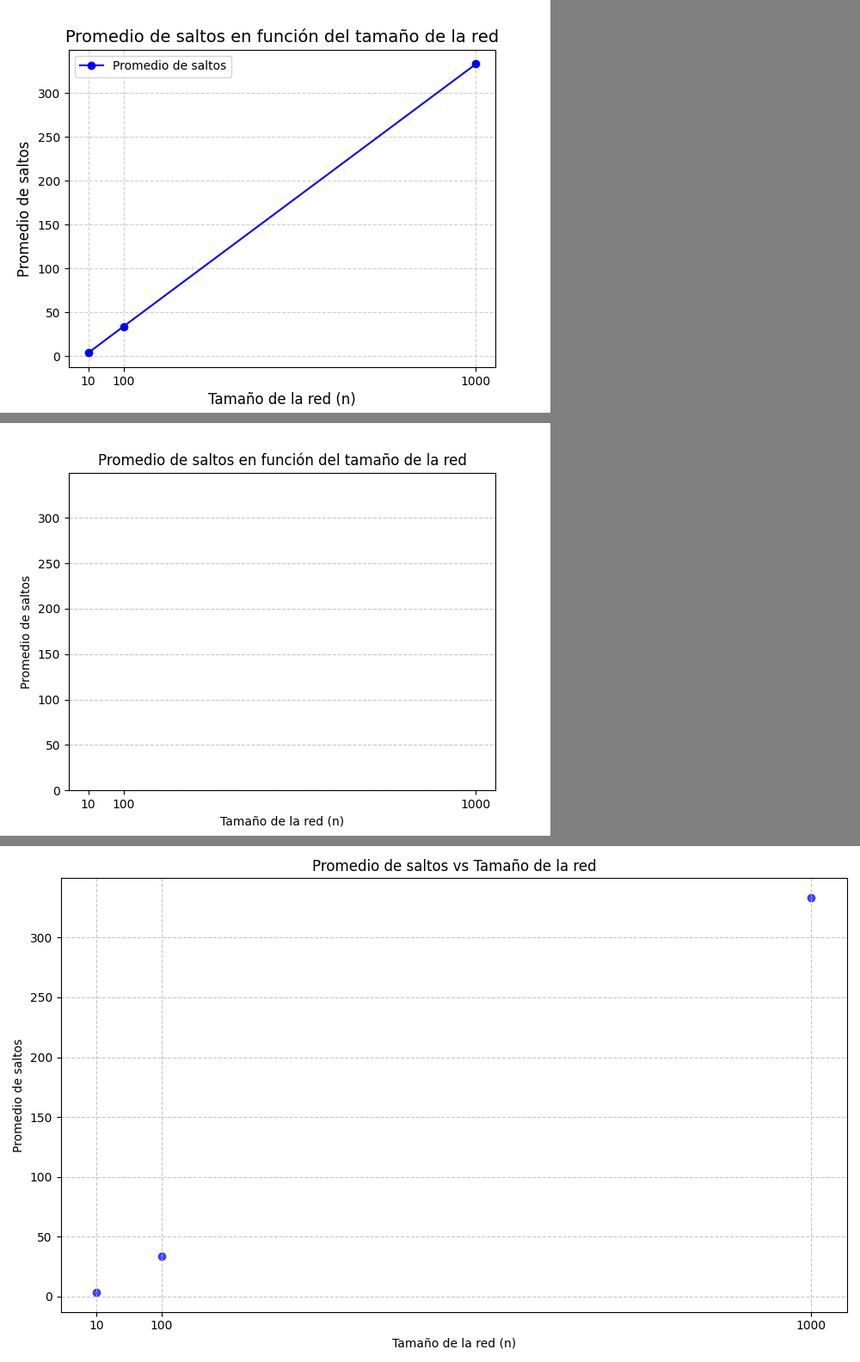
Repository: Carpinteron/TallerrRedes
Script's output: python SimulacionTaller.py
The author's editor kept a copy of each file at every save. The script's output is drawn from the files as they stood at one save, then again after a run of saves.
The pictures are shown at 86% of full size.
Each picture stacks the figures in order, with grey between them; figures that are only written to a file come last. Random numbers start from a fixed seed.

Above is the script's output before, as saved 2025-02-11 08:38:32.

After the next 3 saves:
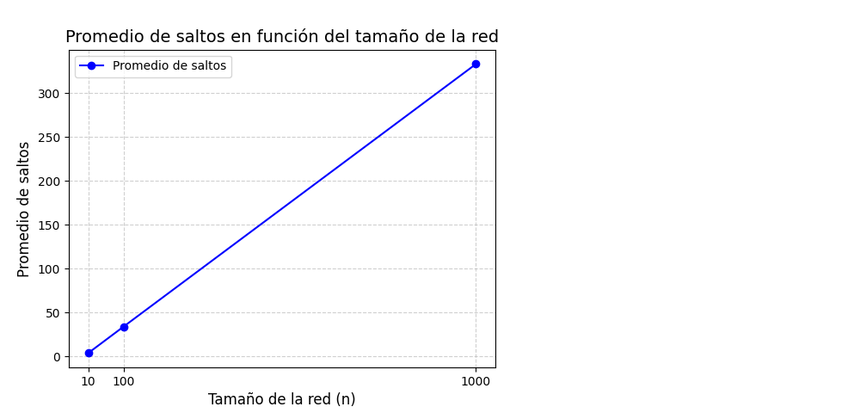
Error: NameError: name 'tamanos' is not defined
The 3 saves are shown as one change because they came seconds apart.
The last was saved 10 s later.
--- a/SimulacionTaller.py
+++ b/SimulacionTaller.py
@@ -23,16 +23,14 @@ def calcular_saltos_promedio(n, num_experimentos): # función para calcular el p
 # Tamaños de red a simular
 tamanos_red = [10, 100, 1000] # 10 pequeño - 100 mediano - 1000 grande
 
-# Listas para almacenar los resultados
+# Lista para almacenar los resultados
 promedios = []
-tamanos = []
 
 # Realizar la simulación para cada tamaño de red
 for n in tamanos_red:
     promedio = calcular_saltos_promedio(n, num_experimentos)
     print(f"\nPara una red de {n} nodos, el promedio de saltos es: {promedio[0]} o {promedio[1]}")
     promedios.append(promedio[0])
-    tamanos.append(n)
 
     #print(F"Promedio teórico: {(n+1)/3}")
 
